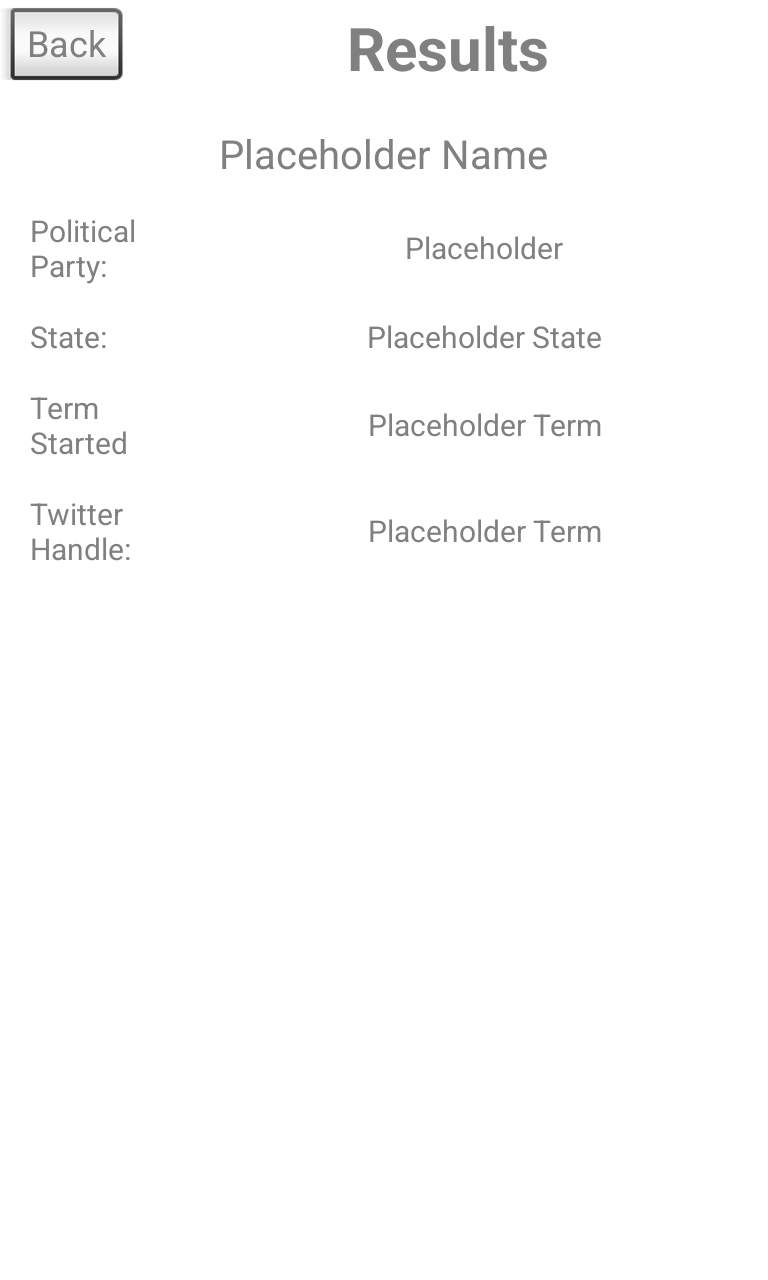
Repository: scottcaruso/Java_I_1307_Week4
Layout: myGov/res/layout/politician_display.xml
An editor plug-in stored every save of this project. The layout is shown before and after the next save, followed by the edit.
It is drawn on a 768 x 1280 px phone screen (xhdpi) without system bars, with theme AppTheme; the app's code is not run.

Above is the layout before, as saved 2013-08-01 21:16:16.

After the next save:
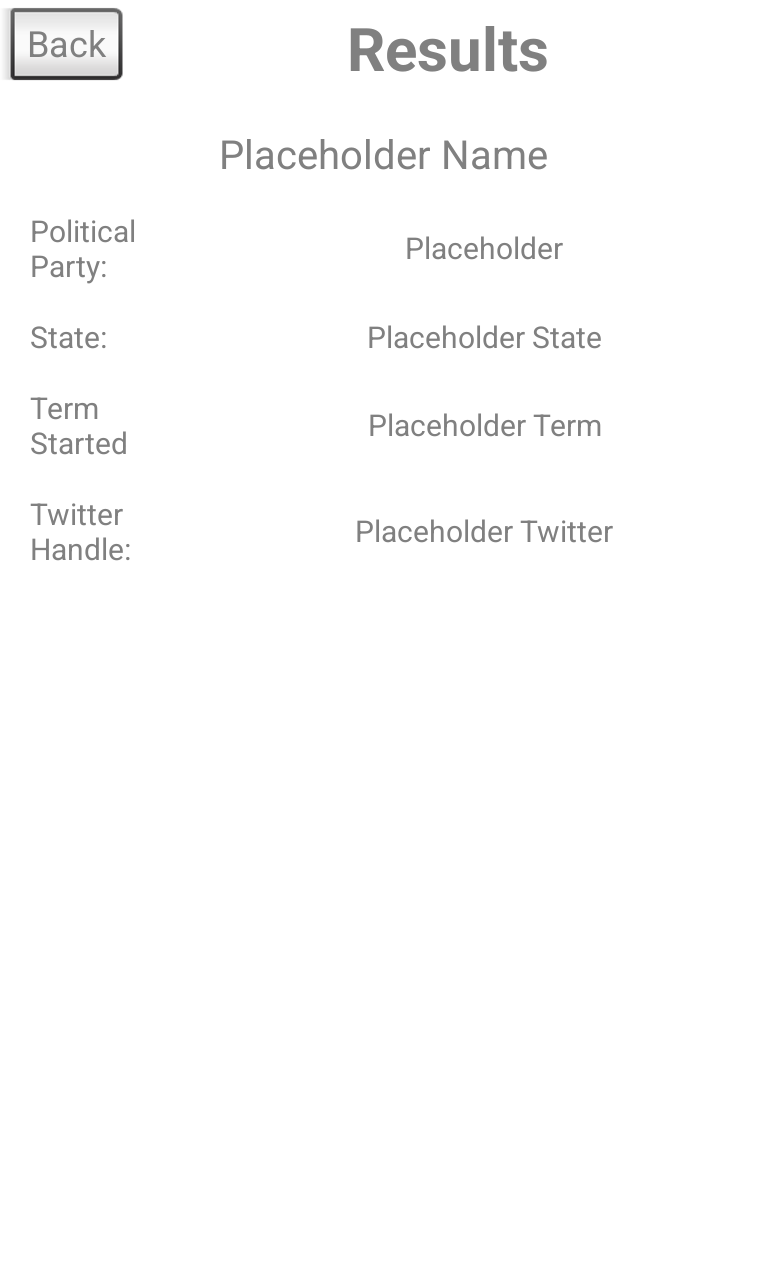
Saved 5 s later.
--- a/myGov/res/layout/politician_display.xml
+++ b/myGov/res/layout/politician_display.xml
@@ -136,7 +136,7 @@
              android:layout_height="wrap_content"
              android:layout_gravity="center"
 	         android:gravity="center"
-             android:hint="@string/placeholder_term"
+             android:hint="Placeholder Twitter"
              android:textSize="15sp" />
 
      </LinearLayout>
